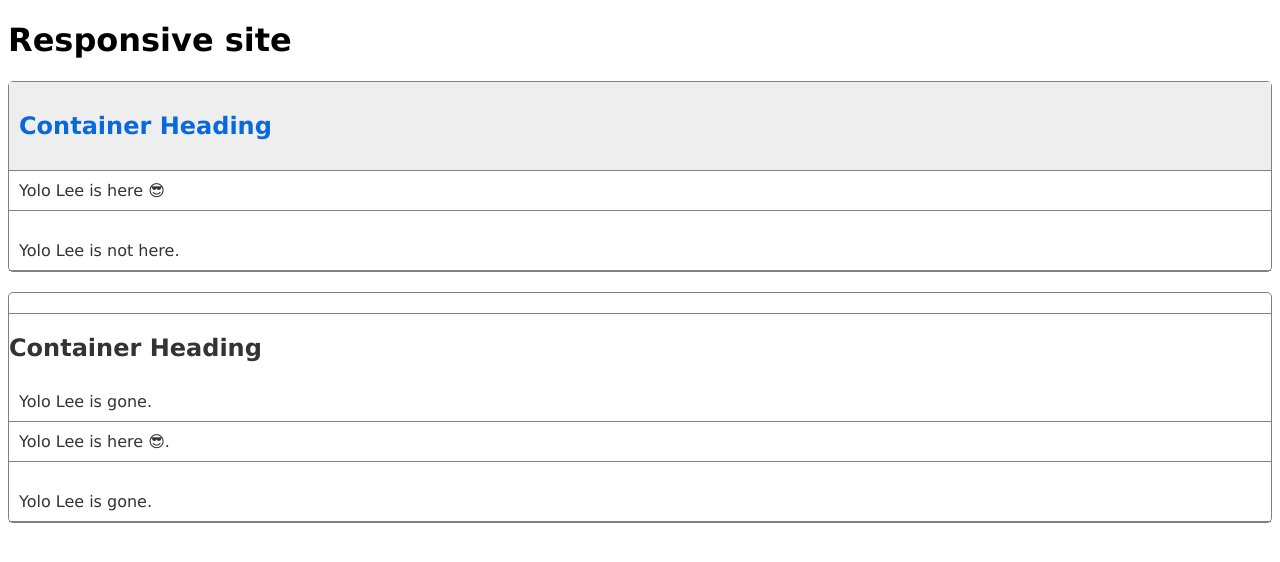
Repository: HyunJunggggg/MDIA2109
Page: inclass/week6/index.html
An editor plug-in stored every save of this project. The page is shown before and after a run of saves, followed by the edit.
The browser window is 1280 px wide. The pictures show the whole page.

Above is the page before, as saved 2025-02-13 14:44:31.

After the next 2 saves:
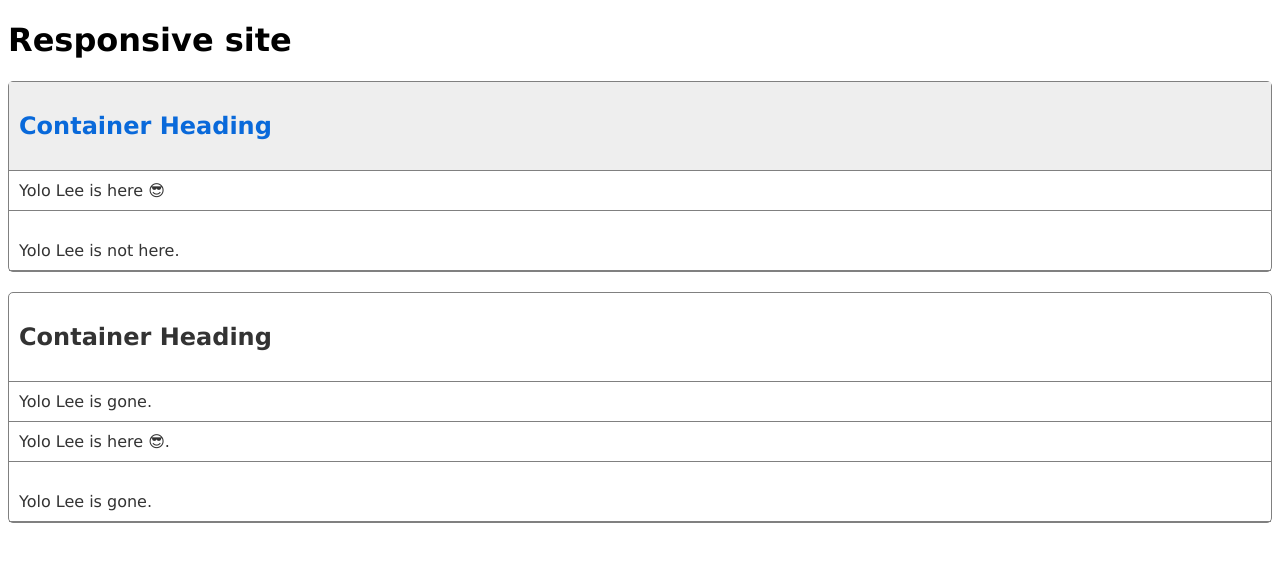
The 2 saves are shown as one change because they came seconds apart.
The last was saved 8 s later.
--- a/inclass/week6/index.html
+++ b/inclass/week6/index.html
@@ -24,9 +24,8 @@
 
   <section class="container">
     <div class="container__content">
-
+      <h1 class="container__title">Container Heading</h1>
     </div>
-    <h1 class="container__title">Container Heading</h1>
     <div class="container__content">
       Yolo Lee is gone.
     </div>
